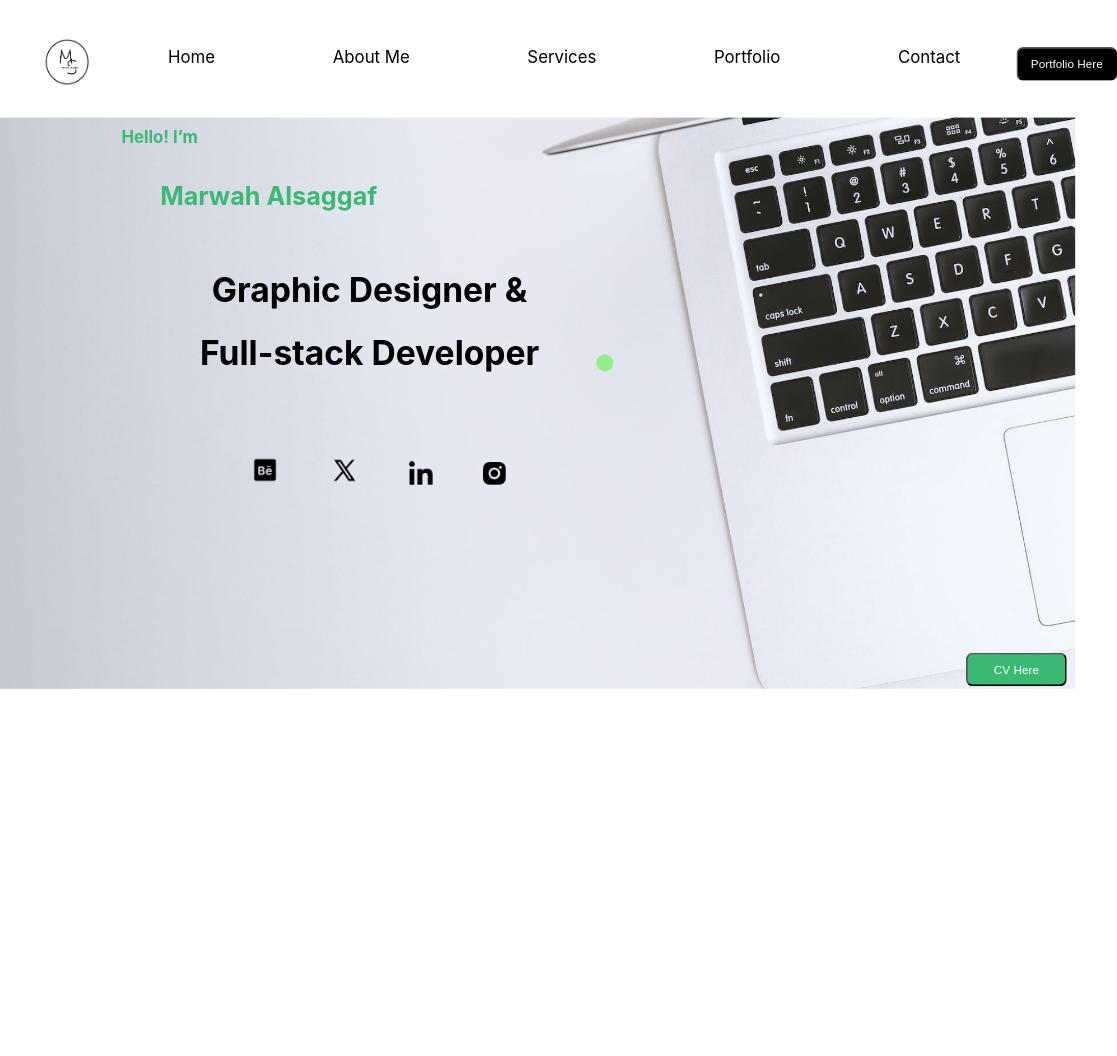
Repository: MEROO1010/Portfolio-2
Page: /
An editor plug-in stored every save of this project. The page is shown before and after the next save, followed by the edit.
The browser window is 1280 px wide. The page is 1330 px wide, so the pictures cover 1330 px, including what lies to the right of the window. The pictures show the whole page, at 84% of full size.
The project was rebuilt for these pictures with package versions that can differ from the ones it lists, and the page was loaded fresh each time.

Above is the page before, as saved 2023-12-16 13:08:35.

After the next save:
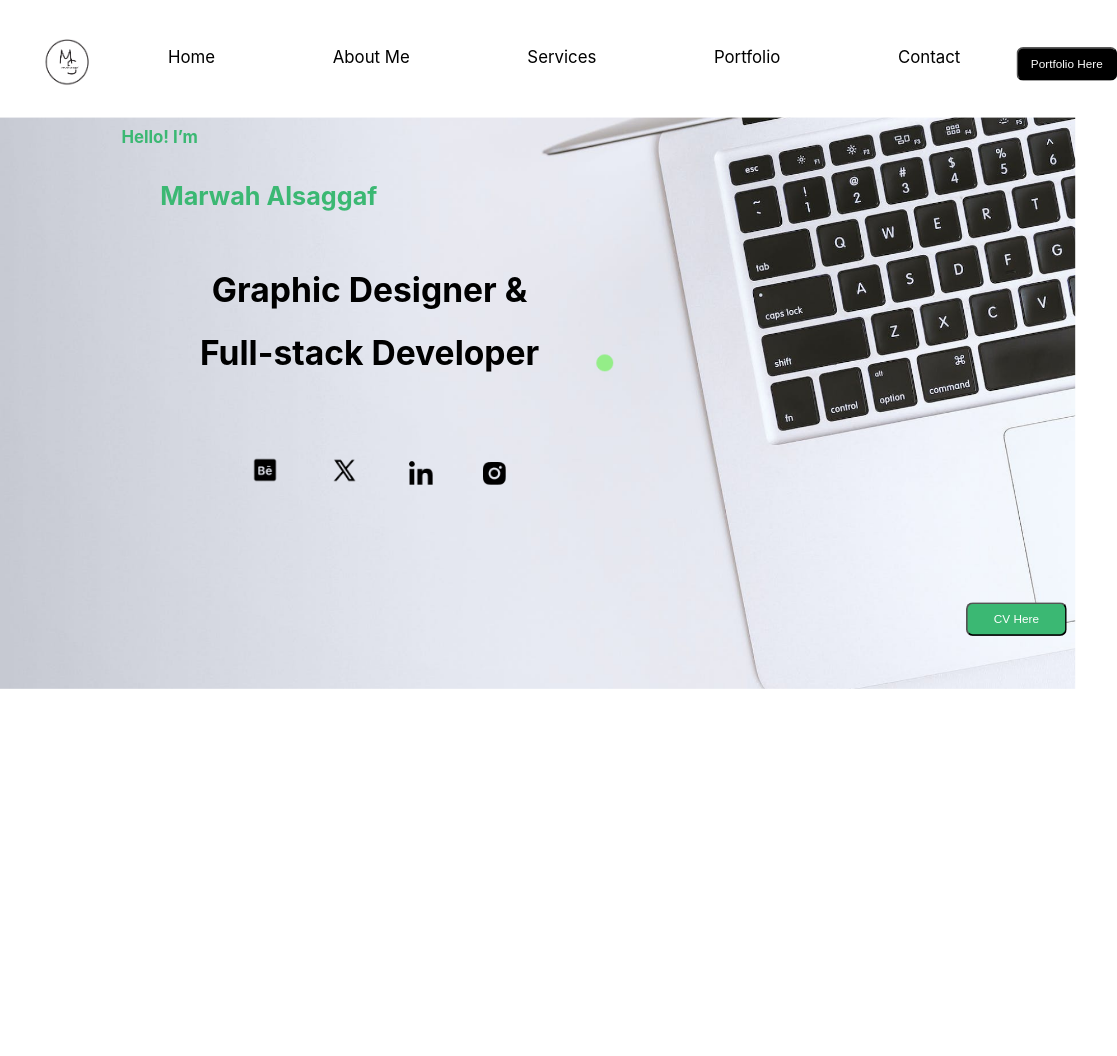
Saved 5 s later.
--- a/src/components/Home.js
+++ b/src/components/Home.js
@@ -113,7 +113,7 @@ const CVButton = styled.div `
     position:relative;
 margin-left:40px;
 left:550px;
-bottom:440px;
+bottom:500px;
 width:120px;
 height:40px;
 font-size:14px;
